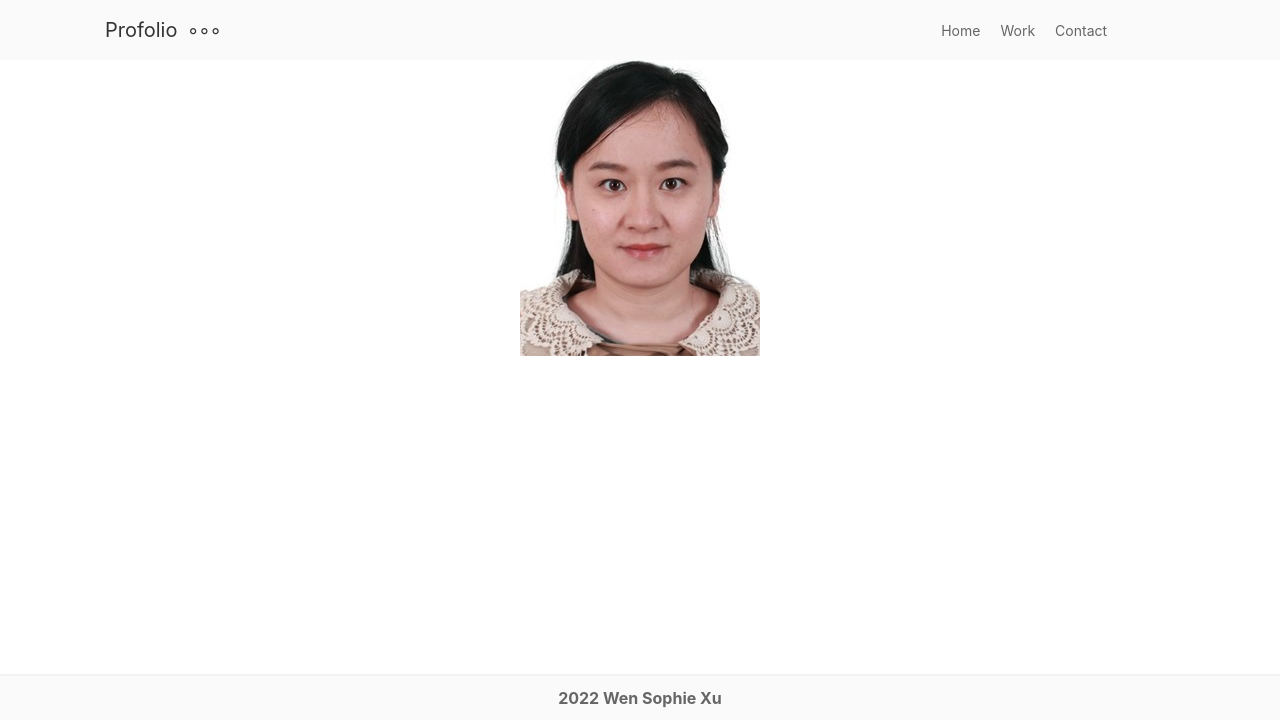
Repository: wenxi0504/myResume_app
Page: /
These files come from the project's save history. The page is drawn as it stood at one moment and after the next save; the edit follows.
The browser window is 1280 px wide. The pictures show the whole page.
The project was rebuilt for these pictures with package versions that can differ from the ones it lists, and the page was loaded fresh each time. Also part of the build but not shown: src/pages/HomePage/home.module.scss, src/pages/WorkPage/index.js, src/pages/WorkPageDetail/index.js, src/pages/Contact/index.js.

Above is the page before, as saved 2022-01-03 15:13:49.

### src/index.js
import React from 'react';
import ReactDOM from 'react-dom';
import './index.css';
import App from './pages/App';
import reportWebVitals from './reportWebVitals';
import { BrowserRouter as Router} from 'react-router-dom'



ReactDOM.render(
  <Router>
    <App />
  </Router>,
  document.getElementById('root')
);

// If you want to start measuring performance in your app, pass a function
// to log results (for example: reportWebVitals(console.log))
// or send to an analytics endpoint. Learn more: https://bit.ly/CRA-vitals
reportWebVitals();

### src/index.css
body {
  margin: 0;
  padding: 0;
  font-family: -apple-system, BlinkMacSystemFont, "Segoe UI", "Roboto", "Oxygen",
    "Ubuntu", "Cantarell", "Fira Sans", "Droid Sans", "Helvetica Neue",
    sans-serif;
  -webkit-font-smoothing: antialiased;
  -moz-osx-font-smoothing: grayscale;
}

code {
  font-family: source-code-pro, Menlo, Monaco, Consolas, "Courier New",
    monospace;
}


body, h1, h2, h3, h4, h5, h6, hr, p, blockquote, dl, dt, dd, ul, ol, li, pre, form, fieldset, legend, button, input, textarea, th, td {
  margin:0; padding:0;
}
body, button, input, select, textarea {
  font:12px/1.5tahoma, arial, \5b8b\4f53;
}
h1, h2, h3, h4, h5, h6{
  font-size:100%;
  color:rgb(51, 51, 51);
}
address, cite, dfn, em, var {
  font-style:normal;
}
code, kbd, pre, samp {
  font-family:couriernew, courier, monospace;
}
small{
  font-size:12px;
}
ul, ol {
  list-style:none;
}
a {
  text-decoration:none;
}

sup {
  vertical-align:text-top;
}
sub{
  vertical-align:text-bottom;
}
legend {
  color:#000;
}
fieldset, img {
  border:0;
}
button, input, select, textarea {
  font-size:100%;
}
table {
  border-collapse:collapse; border-spacing:0;
}


html,body,#root{
   width: 100%;
   height: 100%;
}

code {
  font-family: source-code-pro, Menlo, Monaco, Consolas, "Courier New",
    monospace;
}

### src/pages/App.js
import logo from './logo.svg';
import styles from './App.module.scss';
import{Link,Routes,Route} from 'react-router-dom'
import HomePage from './HomePage'
import WorkPage from './WorkPage'
import WorkPageDetail from './WorkPageDetail'
import Contact from './Contact'
function App() {
  //get value of location

  return (

    <div className={styles.App}>
     <header className={styles.header} >
     <div className={styles.box}>
               <Link to="/">
                 <div className={styles.boxleft}>Profolio</div>
                 </Link>
               <div className={styles.boxright}>
                  <Link to="/"><p >Home</p></Link>
                  <Link to="/works"><p >Work</p></Link>
                  <Link to="/contact"><p >Contact</p></Link>
               </div>
            </div>
     </header>

       <section className={styles.content}>
         <div>
         < Routes>
         <Route path="/" exact element={ <HomePage/> }/>
           <Route path="/works" exact element={ <WorkPage/>} />
           <Route path="/works/:id" exact element={ <WorkPageDetail/> } />
           <Route path="/contact" exact element={ <Contact/> } />
         </Routes>
         </div>





     </section>



      <footer className={styles.footer} >
     <p><b>2022 Wen Sophie Xu</b></p>

     </footer>



    </div>
  );
}

export default App;

### src/pages/App.module.scss

.App {
  display: flex;
  min-height: 100vh;
  flex-direction: column;
  .content{
     flex: 1;
     text-align: center;
  }
  .header{
    background-color: rgb(250, 250, 250);
    height: 60px;
    .selected{
      color: #333!important;
      padding-bottom: 5px;
      border-bottom: 1.5px solid #333;
    }
    .box{
      width: 70%;
      height: 100%;


      display: flex;
      align-items: center;
      justify-content: space-between;
      a:hover {
        text-decoration:none;
      }
      .boxleft{
        font-size: 20px;
        color: rgb(51, 51, 51);
        padding: 0px 5px 0px 100px;
        margin: 0px 5px ;
      }
      .boxleft::after {
        content: "◦◦◦";
        margin-left: 0.5em;
      }

      .boxright{
        display: inline-flex;
        justify-content: flex-start;
        padding: 0px 5px 0px 100px;
        margin: 0px 5px 0px 600px;
        p{
          margin: 0px 10px;
          font-size: 14px;
          color: rgb(102, 102, 102);

        }
      }
      div{
        cursor: pointer;
      }
    }
  }
  .footer{
    text-align: center;
    padding: 10px 0px;
    color: rgb(102, 102, 102);
    background: #fafafa;
    border-top: 2px solid #f2f2f2;
    p{
      padding: 2px 0px;
    }
  }
}

### src/pages/HomePage/index.js
// eslint-disable-next-line no-unused-vars
import React, { Component } from 'react';
import styles from'./home.module.scss'

// eslint-disable-next-line import/no-anonymous-default-export
export default () => {
    return <div className={styles.wrap}>
        {/* Personal Info*/}
       <section className={styles.brief}>
       <img src={require("../../assets/images/wenxuReact2.jpg") }/>
       </section>





        </div>
}

Loaded but not shown: public/index.html (common file); src/reportWebVitals.js (common file)

After the next save:
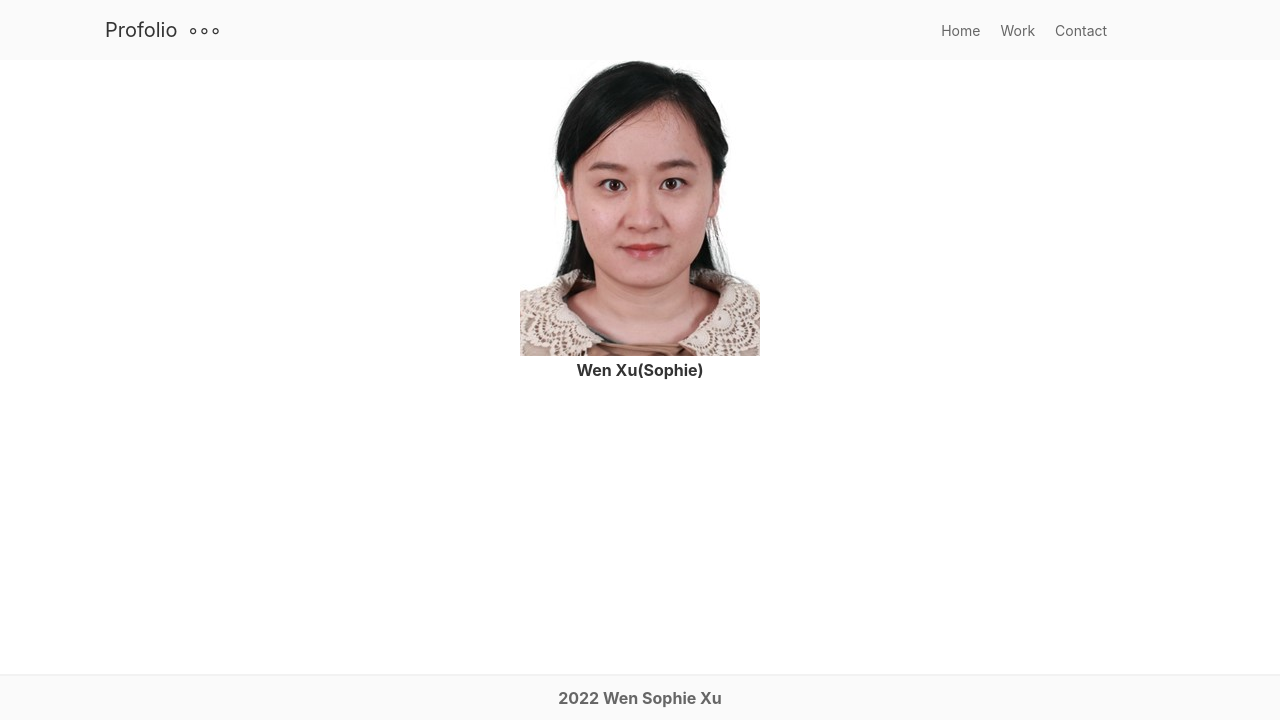
Saved 45 s later.
--- a/src/pages/HomePage/index.js
+++ b/src/pages/HomePage/index.js
@@ -8,6 +8,7 @@ export default () => {
         {/* Personal Info*/}
        <section className={styles.brief}>
        <img src={require("../../assets/images/wenxuReact2.jpg") }/>
+       <h2>Wen Xu(Sophie)</h2>
        </section>
 
 
